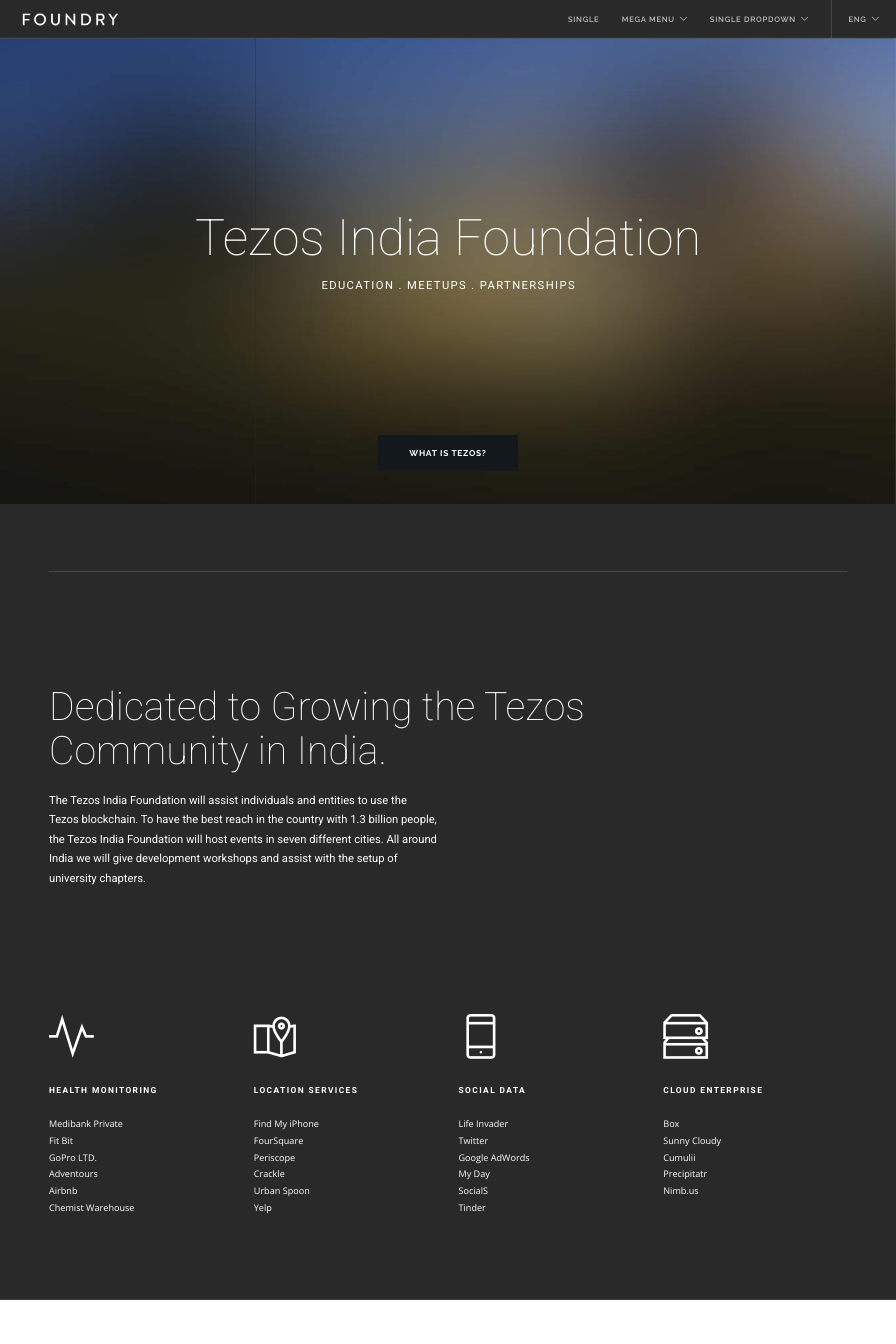
Repository: Tezos-India-Foundation/TIF-Website
Page: Tezos India Website/page.html
An editor plug-in stored every save of this project. The page is shown before and after the next save, followed by the edit.
The browser window is 1280 px wide. The pictures show the part of the page from y = 0 to 1920 px (the page is 4630 px tall), at 70% of full size.

Above is the page before, as saved 2019-08-06 15:06:55.

After the next save:
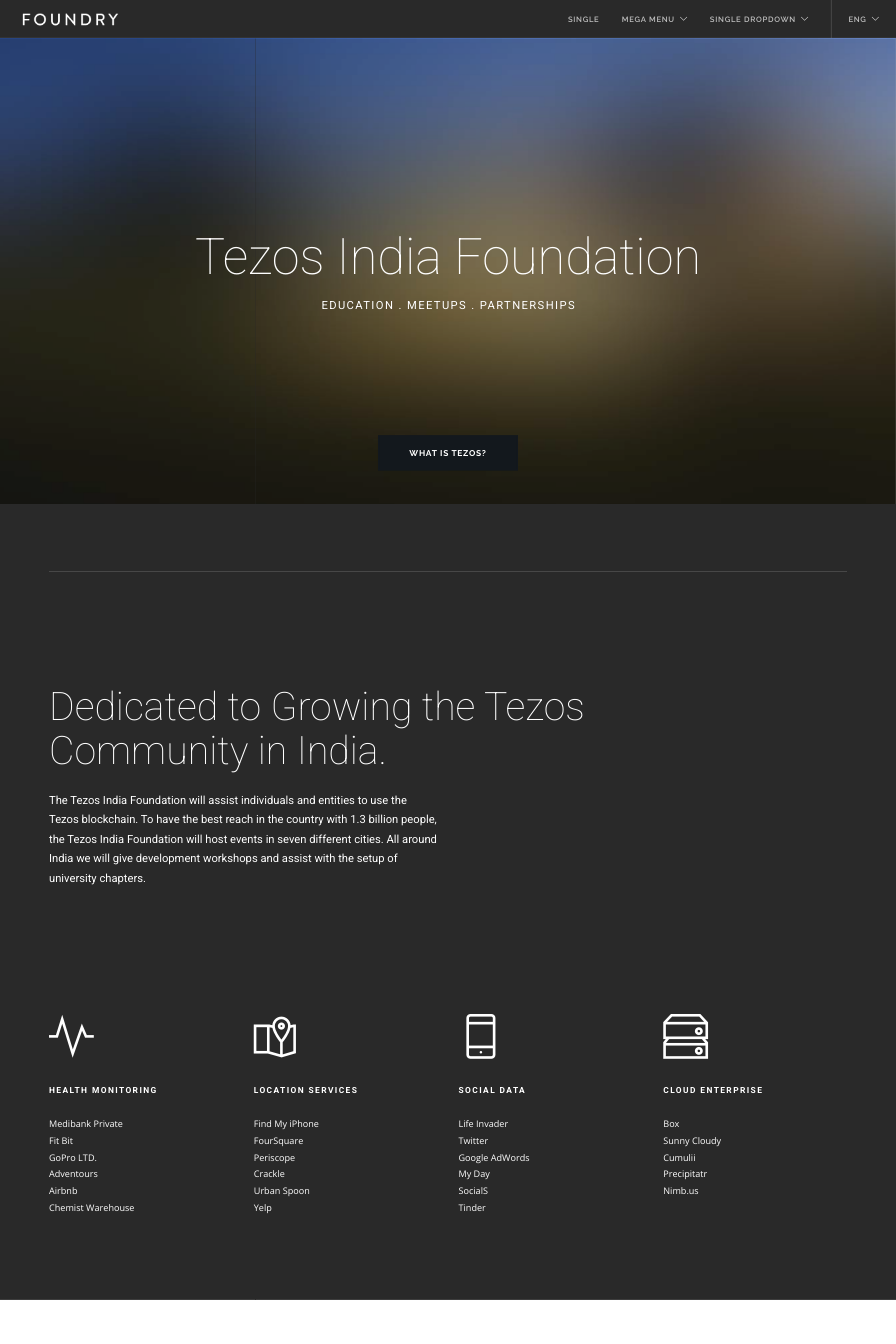
Saved 33 s later.
--- a/Tezos India Website/page.html
+++ b/Tezos India Website/page.html
@@ -22,7 +22,7 @@
 
 
 
-		    <nav class="bg-dark absolute">
+		    <nav class="bg-dark .absolute">
 		        <div class="nav-bar">
 		            <div class="module left">
 		                <a href="index.html">
